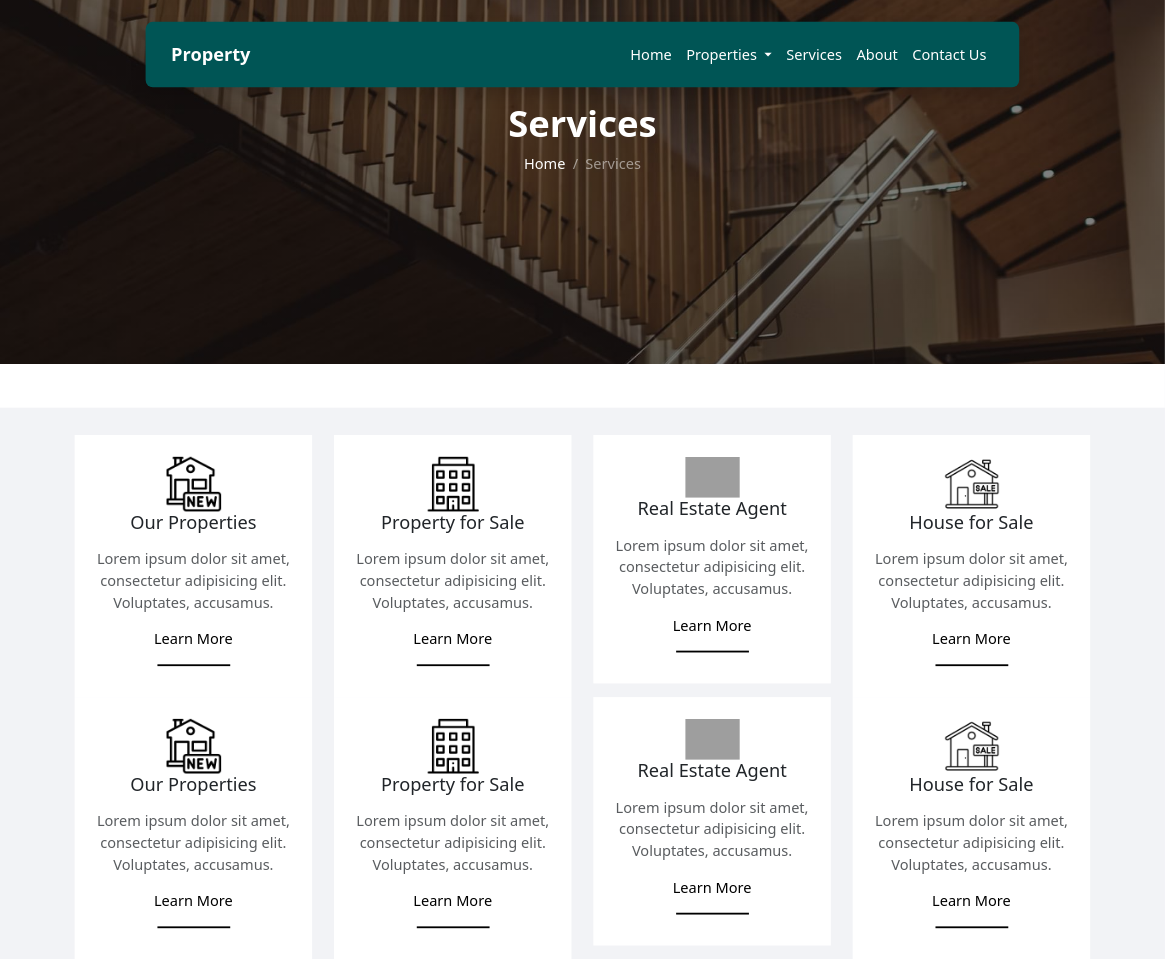
Repository: sameerrrrkhan911-git/Property
Page: service.html
The author's editor kept a copy of each file at every save. The page is drawn from the files as they stood at one save, then again after a run of saves.
The browser window is 1280 px wide. The pictures show the whole page, at 91% of full size.
Pictures or frames that could not be fetched are drawn as grey boxes. Some web libraries are served in a nearby version.

Above is the page before, as saved 2025-09-28 16:24:07.

After the next 2 saves:
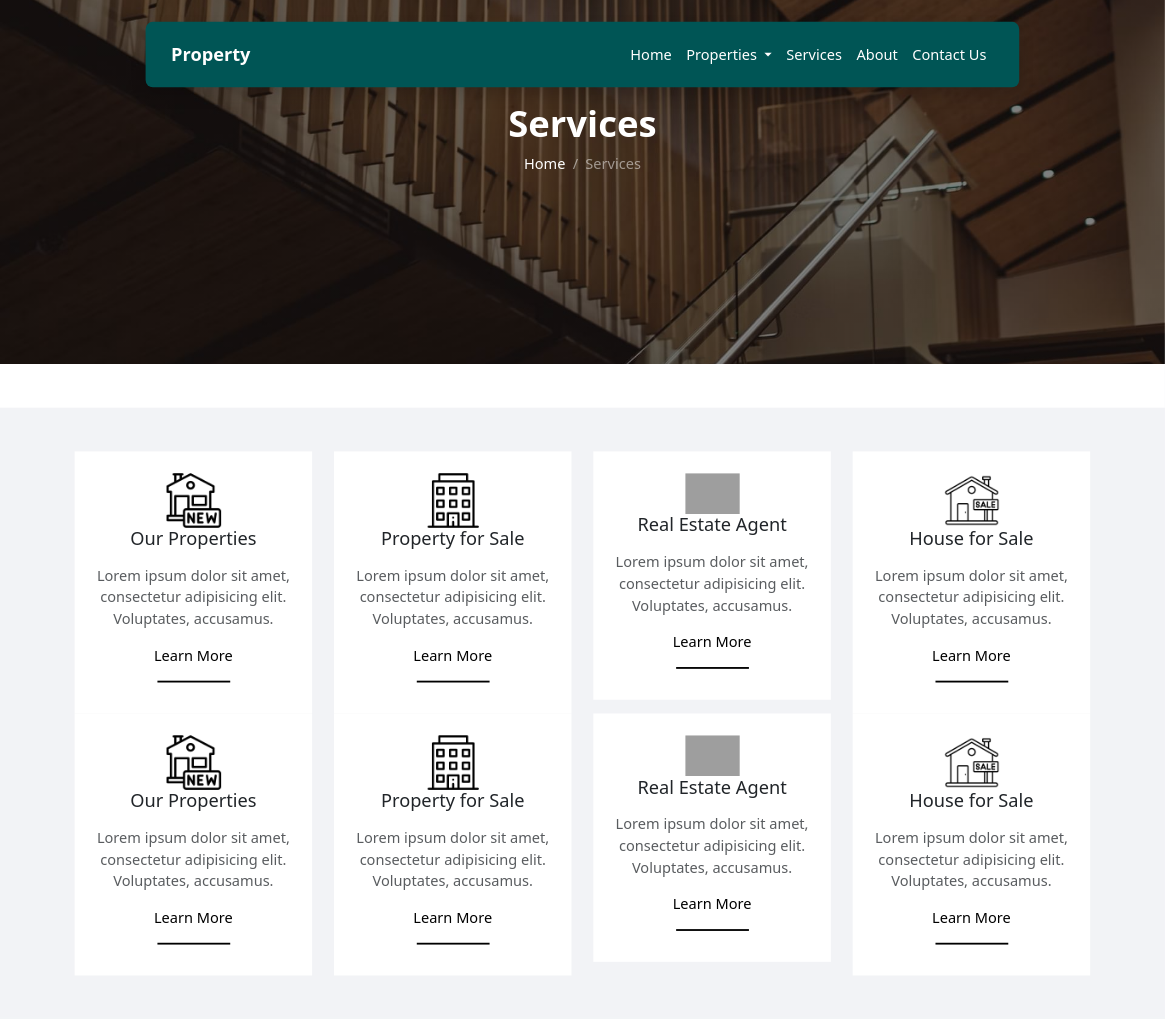
The 2 saves are shown as one change because they came seconds apart.
The last was saved 9 s later.
--- a/service.html
+++ b/service.html
@@ -95,7 +95,7 @@
 
 <!-- Features -->
 
-    <section class="features-1">
+    <section class="features-1 py-5">
       <div class="container">
         <div class="row g-4">
 
